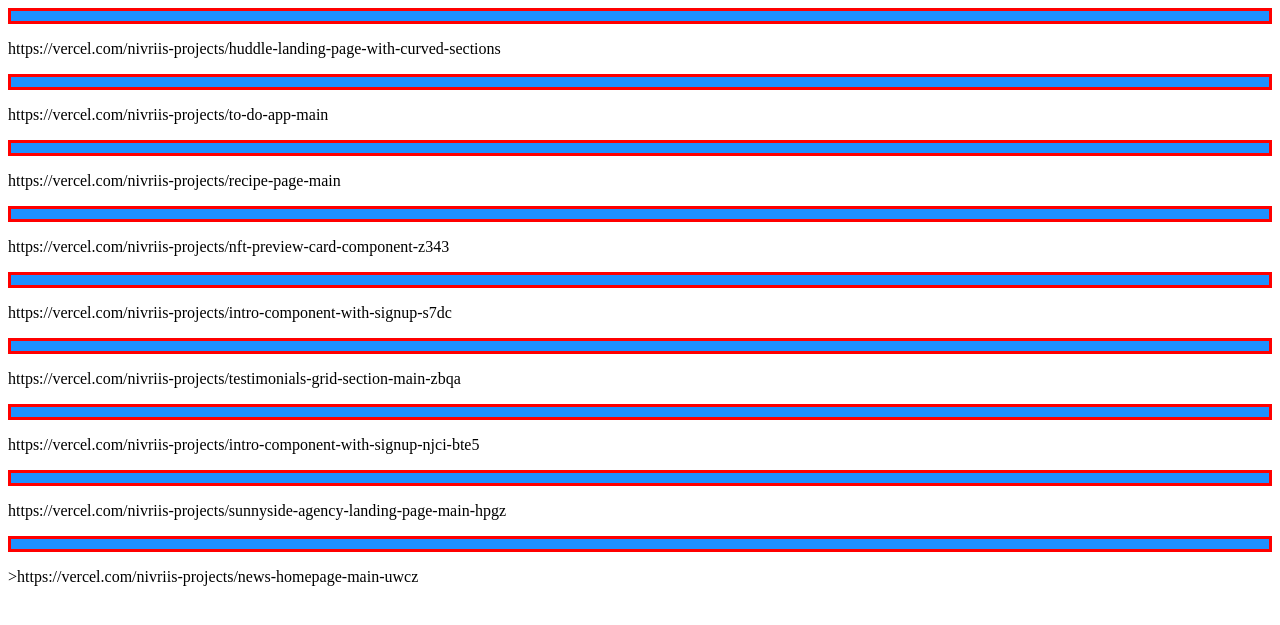
Repository: nivrii/links
Page: links.html
The author's editor kept a copy of each file at every save. The page is drawn from the files as they stood at one save, then again after the next save.
The browser window is 1280 px wide. The pictures show the whole page.

Above is the page before, as saved 2024-07-06 20:48:47.

After the next save:
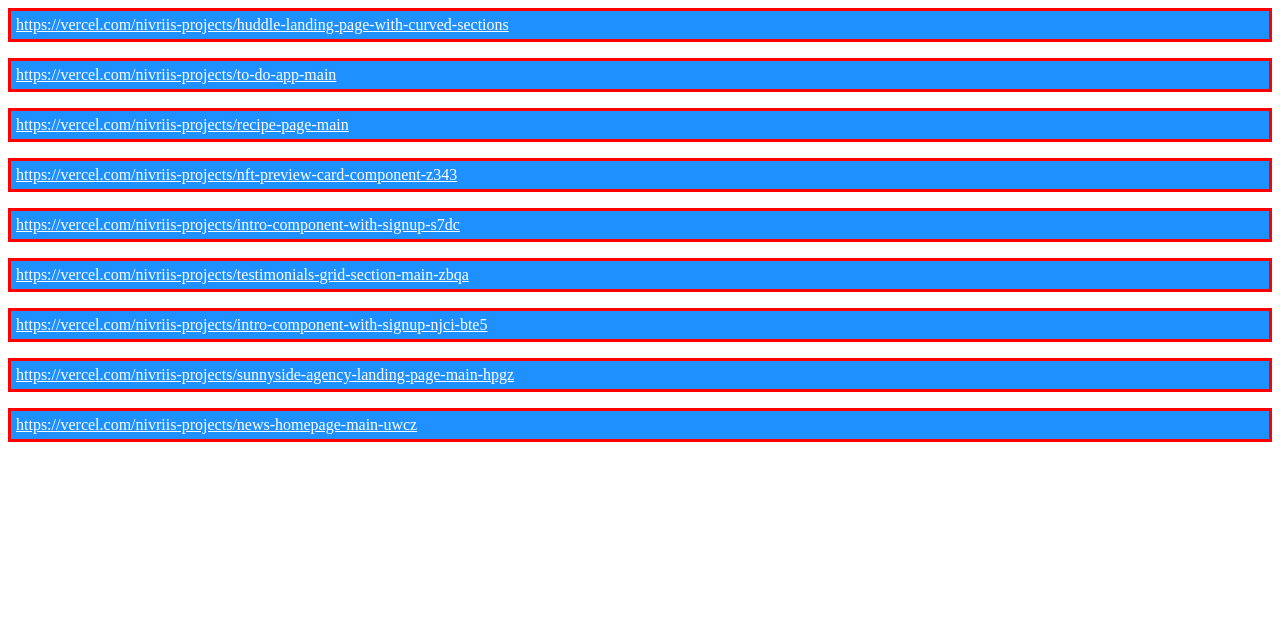
Saved 100 s later.
--- a/links.html
+++ b/links.html
@@ -20,14 +20,14 @@
   </style>
 </head>
 <body>
-  <a href="#" target="_blank"></a>https://vercel.com/nivriis-projects/huddle-landing-page-with-curved-sections</a>
-  <a href="#" target="_blank"></a>https://vercel.com/nivriis-projects/to-do-app-main</a>
-  <a href="#" target="_blank"></a>https://vercel.com/nivriis-projects/recipe-page-main</a>
-  <a href="#" target="_blank"></a>https://vercel.com/nivriis-projects/nft-preview-card-component-z343</a>
-  <a href="#" target="_blank"></a>https://vercel.com/nivriis-projects/intro-component-with-signup-s7dc</a>
-  <a href="#" target="_blank"></a>https://vercel.com/nivriis-projects/testimonials-grid-section-main-zbqa</a>
-  <a href="#" target="_blank"></a>https://vercel.com/nivriis-projects/intro-component-with-signup-njci-bte5</a>
-  <a href="#" target="_blank"></a>https://vercel.com/nivriis-projects/sunnyside-agency-landing-page-main-hpgz</a>
-  <a href="#" target="_blank"></a>>https://vercel.com/nivriis-projects/news-homepage-main-uwcz</a>
+  <a href="#" target="_blank">https://vercel.com/nivriis-projects/huddle-landing-page-with-curved-sections</a>
+  <a href="#" target="_blank">https://vercel.com/nivriis-projects/to-do-app-main</a>
+  <a href="#" target="_blank">https://vercel.com/nivriis-projects/recipe-page-main</a>
+  <a href="#" target="_blank">https://vercel.com/nivriis-projects/nft-preview-card-component-z343</a>
+  <a href="#" target="_blank">https://vercel.com/nivriis-projects/intro-component-with-signup-s7dc</a>
+  <a href="#" target="_blank">https://vercel.com/nivriis-projects/testimonials-grid-section-main-zbqa</a>
+  <a href="#" target="_blank">https://vercel.com/nivriis-projects/intro-component-with-signup-njci-bte5</a>
+  <a href="#" target="_blank">https://vercel.com/nivriis-projects/sunnyside-agency-landing-page-main-hpgz</a>
+  <a href="#" target="_blank">https://vercel.com/nivriis-projects/news-homepage-main-uwcz</a>
 </body>
 </html>
